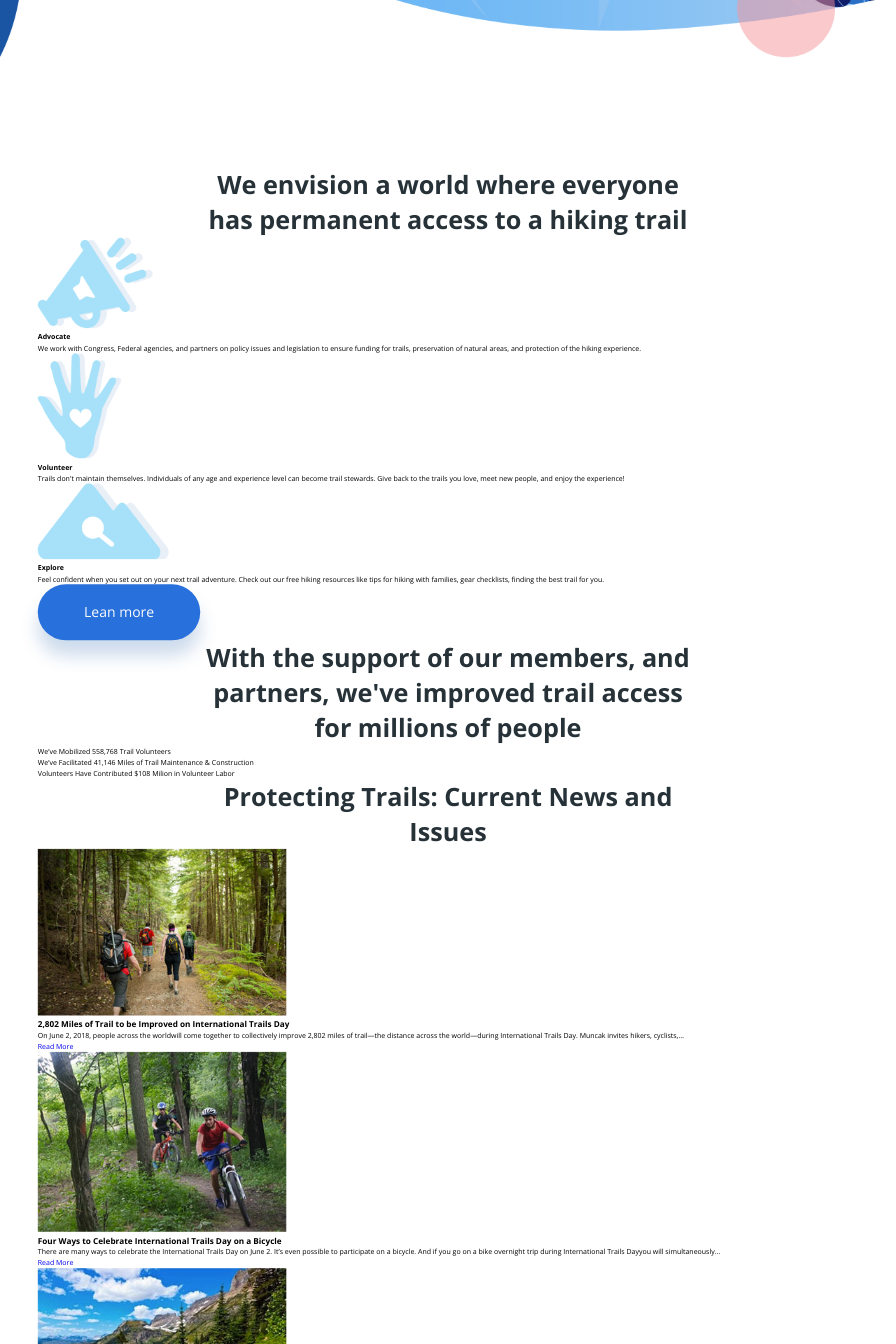
Repository: huubinh98/Project
Page: muncak/index.html
The author's editor kept a copy of each file at every save. The page is drawn from the files as they stood at one save, then again after the next save.
The browser window is 1280 px wide. The pictures show the part of the page from y = 944 to 2864 px (the page is 3513 px tall before and 3413 px after), at 70% of full size.

Above is the page before, as saved 2021-08-28 17:20:05.

After the next save:
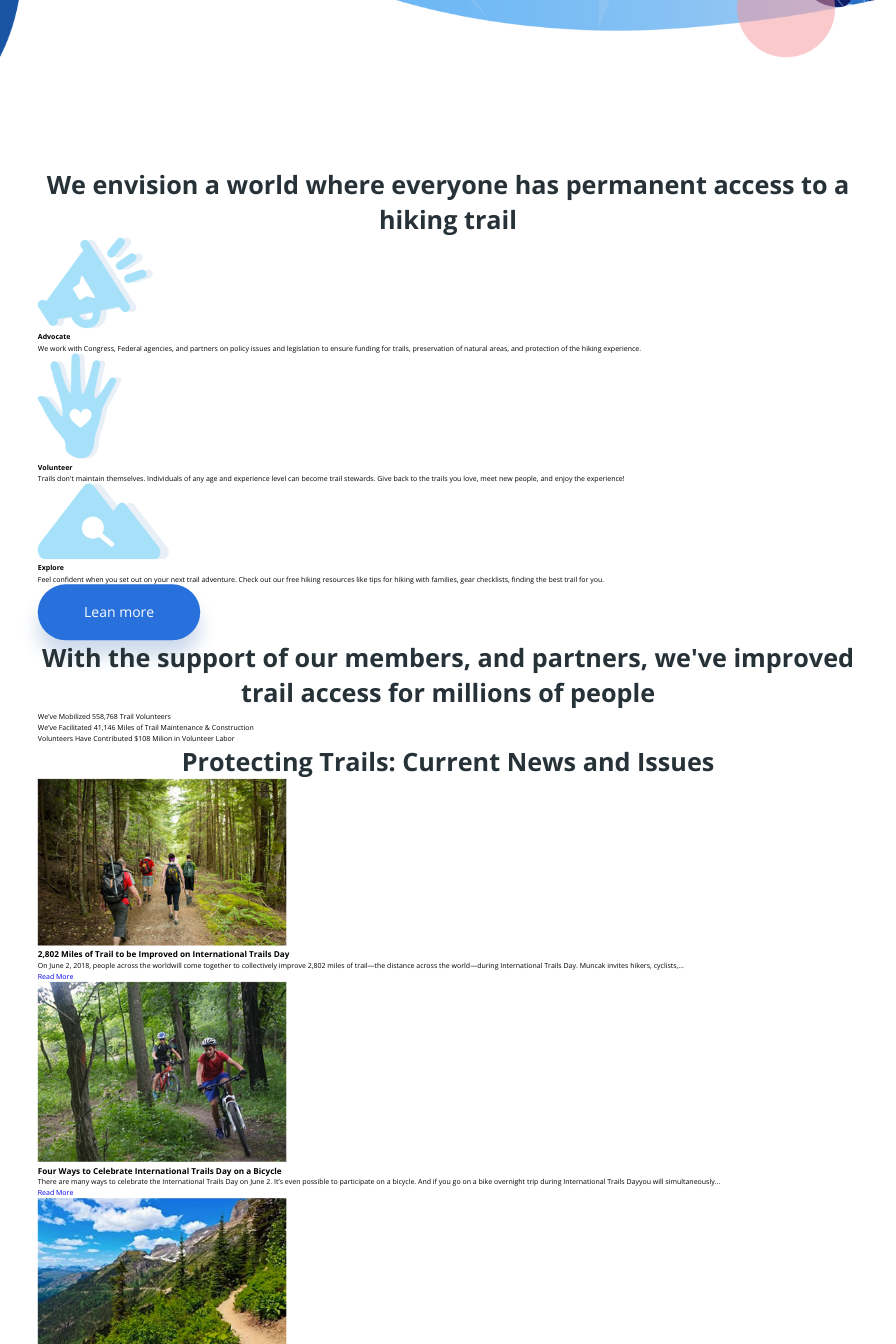
Saved 3 min 23 s later.
--- a/muncak/style.css
+++ b/muncak/style.css
@@ -122,8 +122,11 @@ a {
 .heading-name {
     font-size: 3.6rem;
     line-height: 5rem;
-    max-width: 700px;
     text-align: center;
     margin: 0 auto;
     color: #263238;
 }
+
+.hearding-name-about {
+    max-width: 700px;
+}
